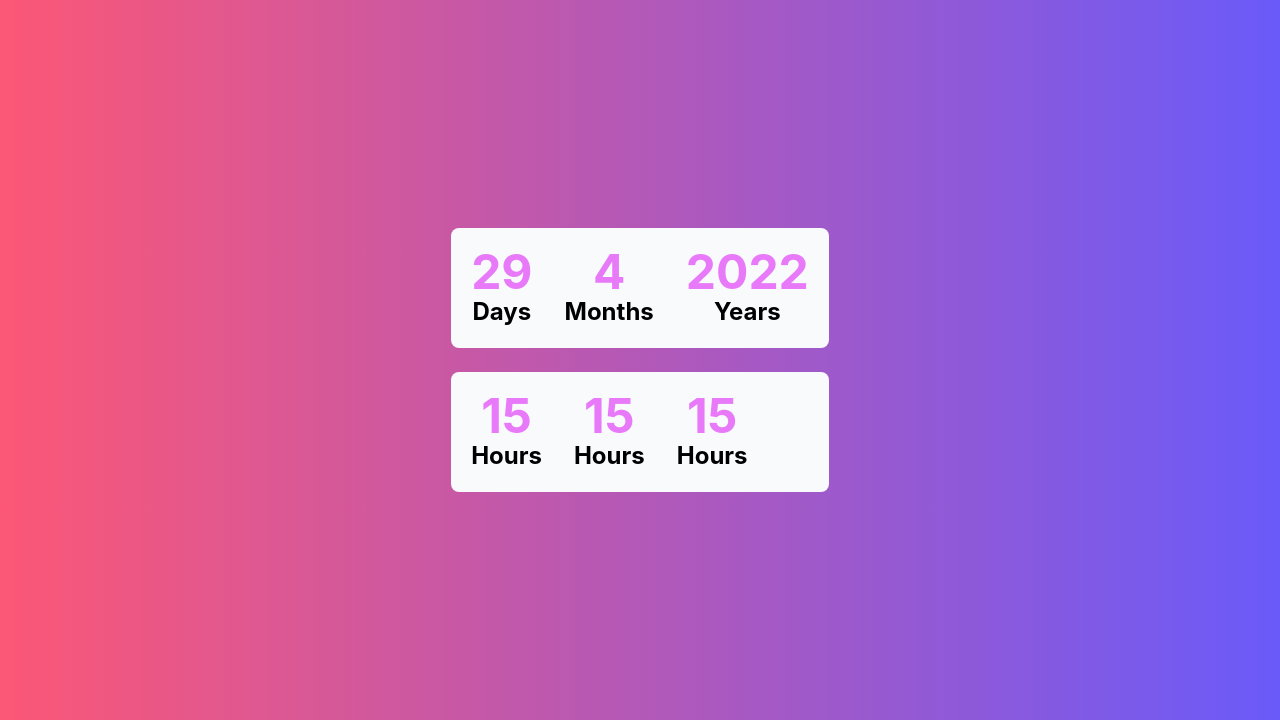
Repository: huynhsang96/bt_codegymHook
Page: /
An editor plug-in stored every save of this project. The page is shown before and after the next save, followed by the edit.
The browser window is 1280 px wide. The pictures show the whole page.
The project was rebuilt for these pictures with package versions that can differ from the ones it lists, and the page was loaded fresh each time.

Above is the page before, as saved 2022-04-29 16:39:37.

After the next save:
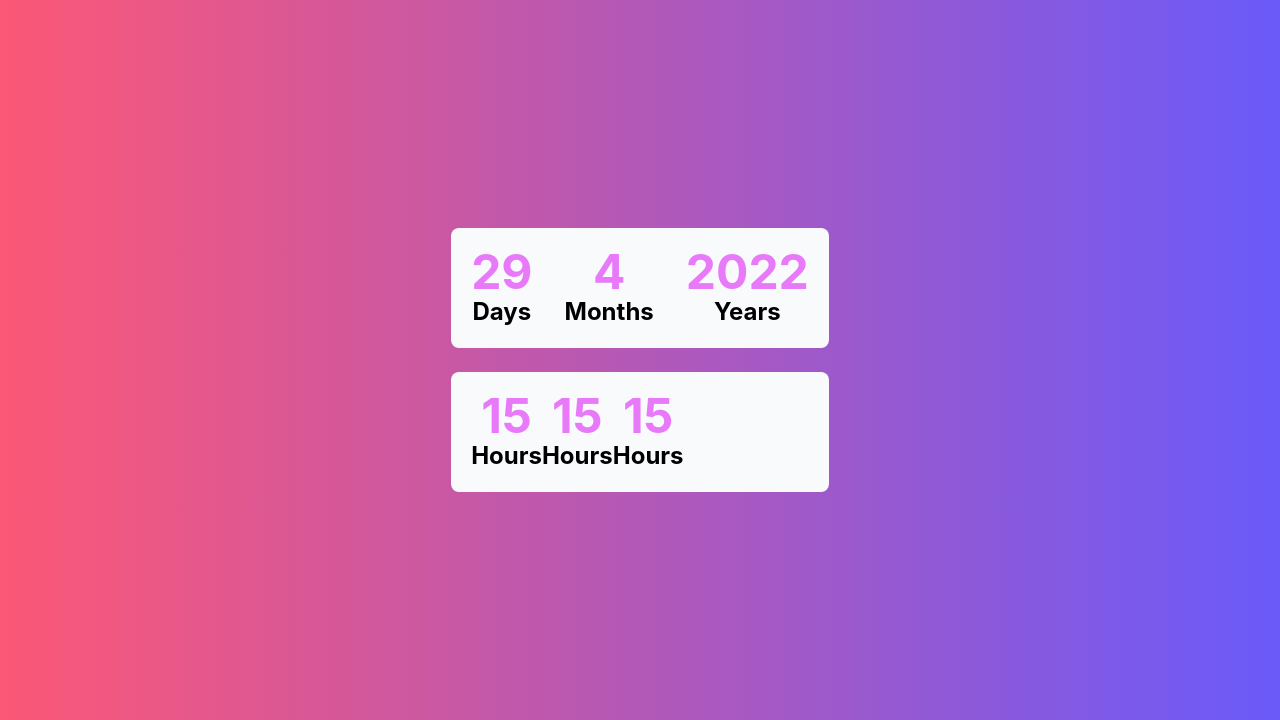
Saved 23 s later.
--- a/src/component/ClockHook/Clock.js
+++ b/src/component/ClockHook/Clock.js
@@ -34,7 +34,7 @@ const Clock = () => {
 				</li>
 			</ul>
 			<br></br>
-			<ul className="flex flex-row gap-8 bg-slate-50 p-5 rounded-lg">
+			<ul className="flex flex-row  bg-slate-50 p-5 rounded-lg">
 				<li className="flex flex-col justify-center text-center">
 					<span className="font-bold text-5xl text-fuchsia-400">{hours}</span>
 					<span className="font-bold text-2xl">Hours</span>
